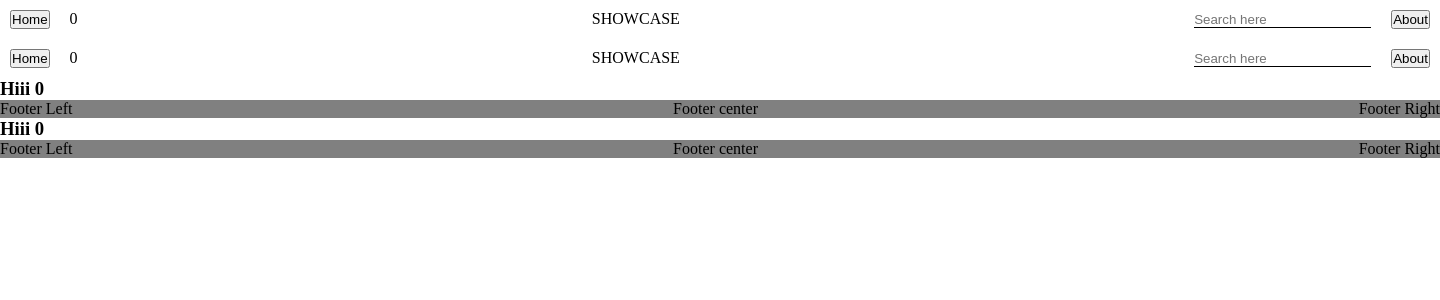
Repository: kapskadiya/ReactJS-NextJs-ExpressJs
Page: /Post
The author's editor kept a copy of each file at every save. The page is drawn from the files as they stood at one save, then again after the next save.
The browser window is 1280 px wide. The page is 1440 px wide, so the pictures cover 1440 px, including what lies to the right of the window. The pictures show the whole page.
The project was rebuilt for these pictures with package versions that can differ from the ones it lists, and the page was loaded fresh each time. The framework's server and built-in components were replaced by stand-ins that run in the browser. Also part of the build but not shown: next.config.js, components/SideBar.js, components/Main.js.

Above is the page before, as saved 2019-05-29 14:40:46.

### pages/_app.js
import App, {Container} from "next/app";
import Layout from "../components/Layout";
import ContextProvider from "../components/Context";
import Home from "../home";

export default class MyApp extends App {


    render() {
        const {Component, pageProps} = this.props;

        return (
            <Container>
                <ContextProvider>
                    <Home>
                        <Component {...pageProps}/>
                    </Home>
                </ContextProvider>
            </Container>
        )
    }
}

### pages/Post.js
import { withRouter } from 'next/router';
import Layout from '../components/Layout';

const Post = withRouter( props => (
    <Layout>
        <h1>{props.router.query.title}</h1>
    </Layout>
))

// const Post = withRouter(
//     props => (
//         <Layout>
//             <Content/>
//         </Layout>
//     )
// )

export default Post;

### components/Layout.js
import React, { Component } from 'react'
import Header from '../components/Header'
import { TosatContainer, toast} from 'react-toastify'
import 'react-toastify/dist/ReactToastify.css';
import Footer from './Footer';
import { Consumer } from './Context'

const Layout = props => {
    console.log("contex", props);

    return (
    <div className="container">
        <Header />
        {props.children}
        <Consumer>
            {({count}) => <h3>Hiii {count}</h3> }
        </Consumer>
        <Footer/>
    </div>
)}

// export default class Layout extends Component {
//    notify(){
//        toast("Easy Psy!!");
//    }
//     render() {
//         return (
//             <div>
//                 <button onClick={this.notify}>Notify !</button>
//                 <TosatContainer/>
//                 <Header>
//                     {this.props.children}
//                 </Header>
//             </div>
//         )
//     }
// }

// const Layout = props => {
//     return(
//     <div>
//         <Header>
//         <button onClick={this.notify}>Notify !</button>
//         <TosatContainer/>
//         {props.children}
//         </Header>
//     </div>
// )}



// const Layout = Page => {
//     return () => (
//     <div>
//         <Header>
//             <Page />
//         </Header>
//     </div>
// )}

export default Layout;

### components/Context.js
import React, { Component } from 'react'

export const { Provider, Consumer } = React.createContext();

export default class ContextProvider extends Component {
    constructor(props) {
        super(props)
        this.state = {
            count: 0,
            getData : ({value}) => this.setState({count:value})
        }
    }



    render() {
        console.log("heloo context", this.state.count);

        return (
            <Provider value={this.state}>
                {this.props.children}
            </Provider>
        )
    }
}

### home.jsx
import React, {Component} from 'react'
import ContextProvider from './components/Context'
import Header from './components/Header'
import SideBar from './components/SideBar'
import Main from './components/Main'
import Layout from './components/Layout';

export default class Home extends Component {
    render() {
        return (
            <ContextProvider>
                <div className="fluid_container">
                    <Layout>
                        {this.props.children}
                    </Layout>
                </div>
                <style global jsx>
                    {
                        ` .fluid_container {
                            width: 100%;
                            margin: 0 auto;

                        }
                        .container{
                            width: 1440px;
                            margin: 0 auto;
                        }
                        *{
                            margin: 0;
                            padding: 0;
                        }
                        .border {
                            border: 1px solid black;
                        }
                        .header {
                            display: flex;
                            justify-content: space-between;

                        }
                        .header-corner {
                            display: flex;
                        }
                        .header-child {
                            padding: 10px;
                        }
                        .header-child input[type="text"] {
                            border: none;
                            border-bottom: 1px solid black;
                            outline: none;
                        }

                         `
                    }</style>
            </ContextProvider>
        )
    }
}

### components/Header.js
import React, {Component} from 'react'
import { Consumer } from './Context'
import Link from 'next/link'
import ContextProvider from './Context'

export default class Header extends Component {

    render() {
        return (
            <div className="header">
                <div className="header-corner">
                    <div className="header-child">
                        <Link href="/">
                            <button>Home</button>
                        </Link>
                    </div>
                    <div className="header-child">
                        <Consumer>
                            {({count})=> <p>{count}</p>}
                        </Consumer>
                    </div>
                </div>
                <div className="header-child">
                    SHOWCASE
                </div>
                <div className="header-corner">
                    <div className="header-child">
                        <input type="text" placeholder="Search here"/>
                    </div>
                    <div className="header-child">
                        <Link href="/about">
                            <button>About</button>
                        </Link>
                    </div>

                </div>
            </div>
        )
    }
}

### components/Footer.js
import React, { Component } from 'react'
import s from './footer.module.css'

export default class Footer extends Component {
    render() {
        console.log(s.footer);
        return (
            <div className={s.footer}>
                <div>
                    <p>Footer Left</p>
                </div>
                <div className={s.footer_left}>
                    <p>Footer center</p>
                </div>
                <div>
                    <p>Footer Right</p>
                </div>

            </div>
        )
    }
}

### components/footer.module.css
.footer{
    display: flex;
    justify-content: space-between;
    background: gray;
}

.footer_left{
    text-align: center;
}

After the next save:
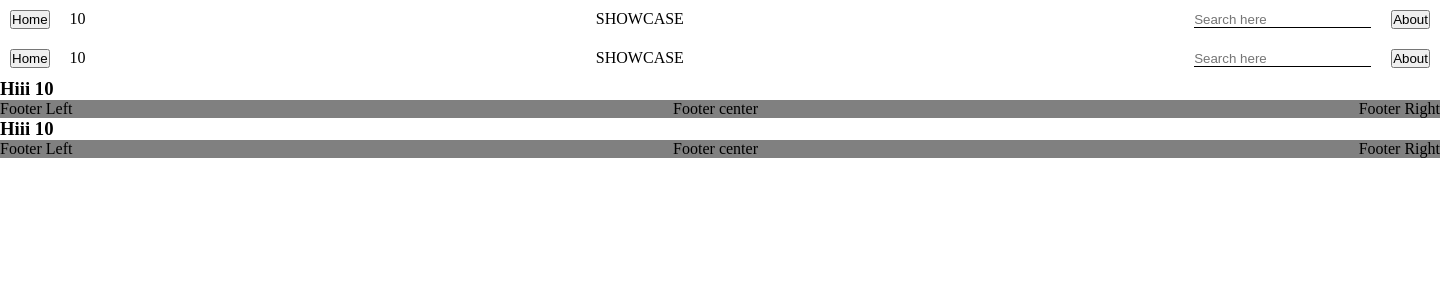
Saved 5 min 4 s later.
--- a/components/Context.js
+++ b/components/Context.js
@@ -6,7 +6,7 @@ export default class ContextProvider extends Component {
     constructor(props) {
         super(props)
         this.state = {
-            count: 0,
+            count: 10,
             getData : ({value}) => this.setState({count:value})
         }
     }
